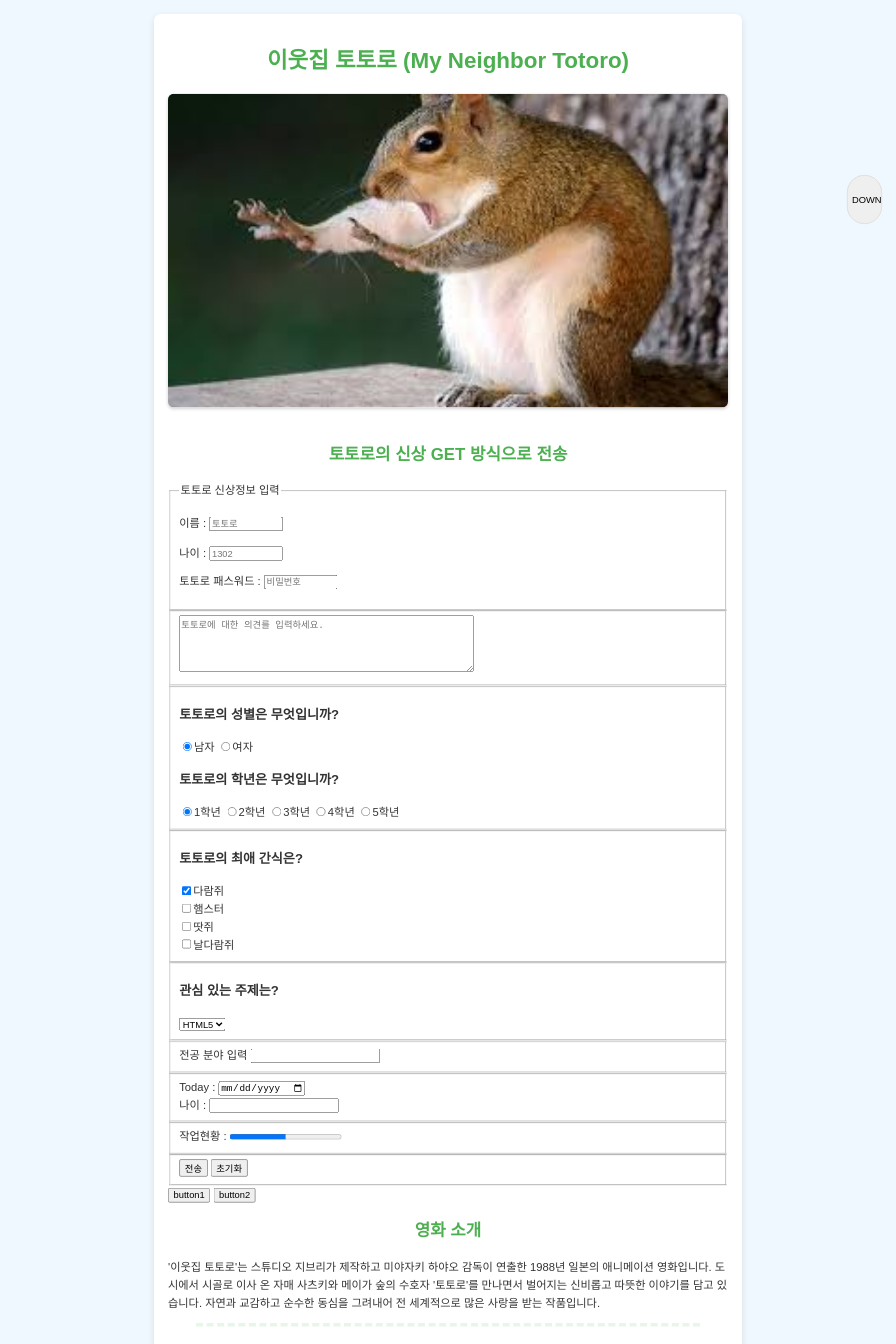
Repository: hsaar/jsworkplace
Page: http://localhost/testjsp/html/test02.jsp
An editor plug-in stored every save of this project. The page is shown before and after the next save, followed by the edit.
The browser window is 1280 px wide. The pictures show the part of the page from y = 0 to 1920 px (the page is 3043 px tall), at 70% of full size.
The page is served by Tomcat 9.

Above is the page before, as saved 2025-08-22 03:56:14.

### testjsp/src/main/webapp/html/test02.jsp
<%@ page language="java" contentType="text/html; charset=UTF-8"
    pageEncoding="UTF-8"%>
<!DOCTYPE html>
<html lang="ko">
<head>
    <meta charset="UTF-8">
    <meta name="viewport" content="width=device-width, initial-scale=1.0">
    <title>이웃집 토토로</title>
    <style>
        body {
            font-family: 'Malgun Gothic', 'Apple Gothic', sans-serif;
            line-height: 1.6;
            margin: 0;
            padding: 20px;
            background-color: #f0f8ff; /* 연한 하늘색 배경 */
            color: #333;
        }
        .container {
            max-width: 800px;
            margin: auto;
            background-color: #fff;
            padding: 20px;
            border-radius: 10px;
            box-shadow: 0 4px 10px rgba(0,0,0,0.1);
        }
        h1, h2 {
            color: #4CAF50; /* 토토로 색상 */
            text-align: center;
        }
        .main-image {
            width: 100%;
            height: auto;
            border-radius: 8px;
            margin-bottom: 20px;
            box-shadow: 0 2px 5px rgba(0,0,0,0.2);
        }
        .info-section {
            display: flex;
            gap: 20px;
            flex-wrap: wrap;
            justify-content: center;
            margin-top: 20px;
        }
        .info-card {
            background-color: #e8f5e9;
            padding: 15px;
            border-radius: 8px;
            width: 300px;
        }
        .character-image {
            display: block;
            margin: 10px auto;
            width: 150px;
            border-radius: 50%;
            border: 3px solid #66bb6a;
        }
        ul {
            list-style-type: none;
            padding: 0;
        }
        li {
            padding: 5px 0;
        }
        hr{
        	width: 90%;
        	border: 0;
        	border-top:5px dashed #e8f5e9;
        }
        #up{
        	position: absolute;
      	 	width: 50px;
        	height: 70px;
        	right: 20px;
        	border-radius: 70px;
        	top: 250px;
        	border: 1px solid #dddddd;
        }
        #down{
        	position: absolute;
      	 	width: 50px;
        	height: 70px;
        	right: 20px;
        	border-radius: 70px;
        	top: 320px;
        	border: 1px solid #dddddd;
        }
    </style>
    <script src="https://code.jquery.com/jquery-latest.min.js"></script>
    <script type="text/javascript">
    	$(document).ready(function() {
    		var tmp = parseInt($("#up,#down").css('top'));

    		$(window).scroll(function() {
				var scrollTop = $(window).scrollTop();
				var obj_position = scrollTop + tmp + "px";

				$("#up,#down").stop().animate({"top":obj_position},500);
			});

    		$("#up,#down").click(function() {
    			const offset = $("#up,#down").offset();
    			$("html").animate({scrollTop: 0}, 500 );
			});

		});
    </script>
</head>
<body>

    <div class="container">
        <h1>이웃집 토토로 (My Neighbor Totoro)</h1>

        <img src="../image/ramjii.jpg" alt="이웃집 토토로 포스터" class="main-image">
        <h2>토토로의 신상 GET 방식으로 전송</h2>
		<form name = "test" action="test03.jsp" method="post">
			<fieldset>
			<legend>토토로 신상정보 입력</legend>
			<p>
				이름 : <input type = "text" name="name" placeholder = "토토로" size = "10" required>
			</p>
			<p>
				나이 : <input type = "text" name="major" placeholder = "1302" size = "10" required>
			</p>
			<p>
				토토로 패스워드 : <input type = "password" name="password" placeholder = "비밀번호" size = "10" required>
			</p>

			</fieldset>
			<fieldset>
				<textarea rows="5" cols="50" name = "textarea" placeholder = "토토로에 대한 의견를 입력하세요."></textarea><br>
			</fieldset>
			<fieldset>
			<h3>토토로의 성별은 무엇입니까?</h3>
			<input type = "radio" name = "sex" value = "male" checked>남자
			<input type = "radio" name = "sex" value = "female">여자
			<h3>토토로의 학년은 무엇입니까?</h3>
			<input type = "radio" name = "grade" value = "1" checked>1학년
			<input type = "radio" name = "grade" value = "2" >2학년
			<input type = "radio" name = "grade" value = "3" >3학년
			<input type = "radio" name = "grade" value = "4" >4학년
			<input type = "radio" name = "grade" value = "5" >5학년
			</fieldset>
			<fieldset>
			<h3>토토로의 최애 간식은?</h3>
			<input type = "checkbox" name="subject" value = "다람쥐" checked>다람쥐<br>
			<input type = "checkbox" name="subject" value = "햄스터" >햄스터<br>
			<input type = "checkbox" name="subject" value = "땃쥐" >땃쥐<br>
			<input type = "checkbox" name="subject" value = "날다람쥐" >날다람쥐
			</fieldset>
			<fieldset>
			<h3>관심 있는 주제는?</h3>
			<select name="subjects">
				<option value="1" selected>HTML5</option>
				<option value="2" >CSS3</option>
				<option value="3" >Java</option>
				<option value="4" >Jquery</option>
			</select>
			</fieldset>
			<fieldset>
			<label>전공 분야 입력
				<input type = "text" list = "majorlist" name="majorlist">
				<datalist id="majorlist">
					<option value = "software" size = "15">소프트웨어</option>
					<option value = "Robot">로봇</option>
					<option value = "System">시스템</option>
					<option value = "Service">서비스</option>
				</datalist>
			</label>
			</fieldset>
			<fieldset>
				Today : <input type = "date" name="today" min = "2020-01-01"><br>
				나이 : <input type = "number" name = "number">

			</fieldset>
			<fieldset>
			작업현황 : <progress value = "5" max="10" title="진행률">20%</progress>
			</fieldset>
			<fieldset>
			<input type = "submit" value = "전송">
			<input type = "reset" value = "초기화">
			</fieldset>
		</form>

		<input type = "button" id="target1" value="button1">
		<input type = "button" id="target2" value="button2">
		<script type="text/javascript">
			var t1 = document.getElementById('target1');
			var t2 = document.getElementById('target2');
			function bt(){
				switch(event.target.id){
				case 'target1':
					alert('button1');
					break;
				case 'target2':
					alert('button2');
					break;
				}
			}
			t1.addEventListener('click', bt);
			t2.addEventListener('click', bt);
		</script>

        <h2>영화 소개</h2>
        <p>
            '이웃집 토토로'는 스튜디오 지브리가 제작하고 미야자키 하야오 감독이 연출한 1988년 일본의 애니메이션 영화입니다. 도시에서 시골로 이사 온 자매 사츠키와 메이가 숲의 수호자 '토토로'를 만나면서 벌어지는 신비롭고 따뜻한 이야기를 담고 있습니다.
            자연과 교감하고 순수한 동심을 그려내어 전 세계적으로 많은 사랑을 받는 작품입니다.
        </p>

        <hr>

        <h2>등장인물</h2>
        <div class="info-section">
            <div class="info-card">
                <h3>토토로 (Totoro)</h3>
                <img src="../image/totoro.jpg" alt="토토로 이미지" class="character-image">
                <p>
                    숲에 사는 거대한 생물로, 몸이 크고 푹신푹신한 회색 털을 가졌습니다. 아이들에게만 보이는 신비로운 존재로, 소리를 내어 울거나 회오리 바람을 일으키는 등 여러 능력을 보여줍니다.
                </p>
            </div>

            <div class="info-card">
                <h3>사츠키와 메이</h3>
                <img src="../image/saki.jpg" alt="사츠키와 메이 이미지" class="character-image">
                <p>
                    <strong>사츠키:</strong> 11세 소녀로, 동생 메이를 잘 챙기는 의젓한 언니입니다.<br>
                    <strong>메이:</strong> 4세의 어린 동생으로, 호기심이 많고 순수한 아이입니다. 토토로를 가장 먼저 만납니다.
                </p>
            </div>

            <div class="info-card">
                <h3>고양이 버스 (Catbus)</h3>
                <img src="../image/bus.jpg" alt="고양이 버스 이미지" class="character-image">
                <p>
                    토토로의 친구이자 신비로운 이동수단입니다. 커다란 고양이 몸에 12개의 다리와 버스 형태의 속이 비어있는 독특한 외형을 가졌습니다.
                </p>
            </div>
        </div>

        <hr>

        <h2>명대사</h2>
        <ul>
            <li>"도토리... 도토리다!" - 메이</li>
            <li>"토토로! 토토로!" - 메이</li>
            <li>"울지마, 메이. 길은 반드시 열려있어." - 사츠키</li>
        </ul>

        <p style="text-align: center; margin-top: 30px; color: #888;">&copy; 스튜디오 지브리. 모든 권리 보유.</p>

    </div>
    <button id = "up">UP</button>
    <button id = "down">DOWN</button>

</body>
</html>

After the next save:
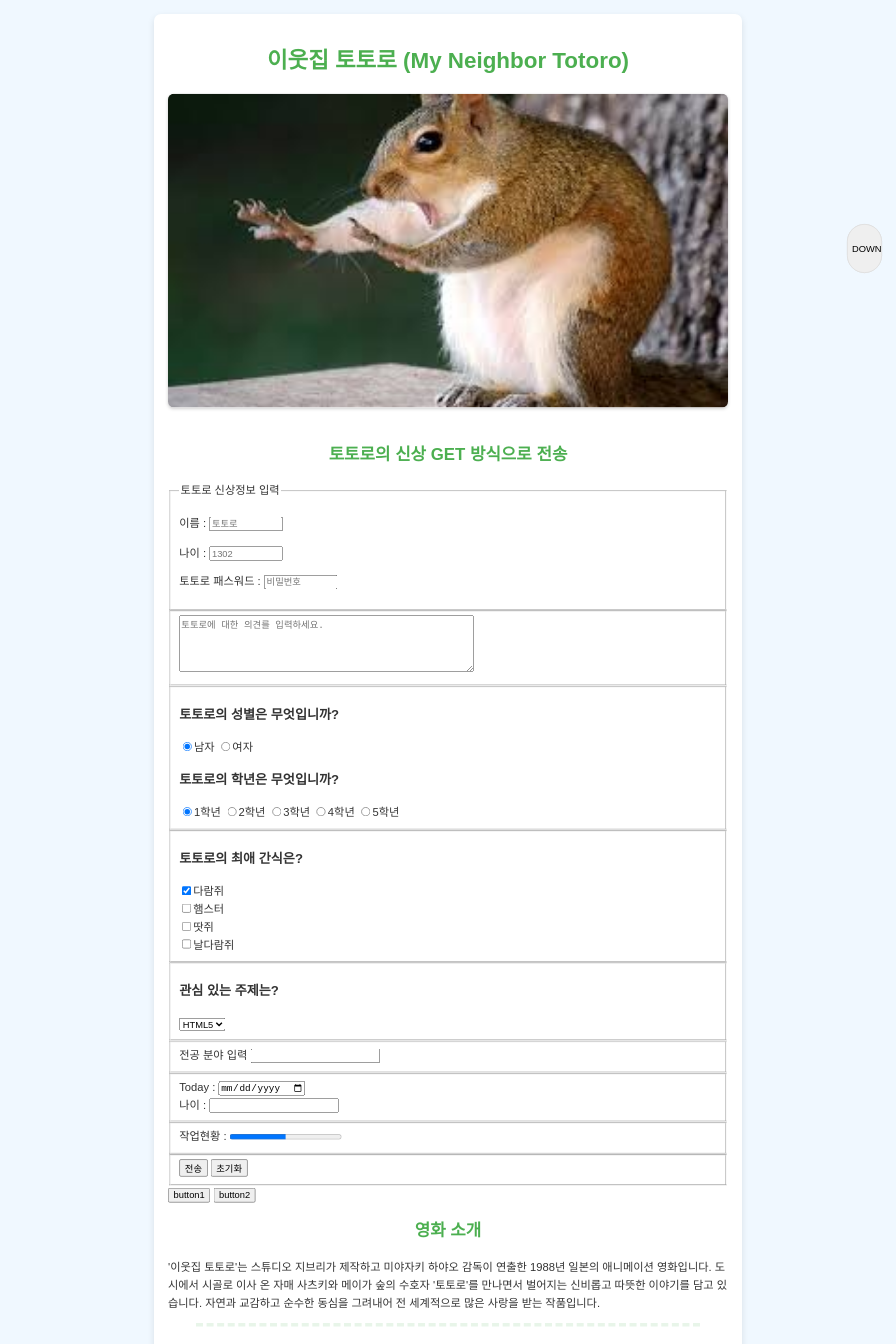
Saved 100 s later.
--- a/testjsp/src/main/webapp/html/test02.jsp
+++ b/testjsp/src/main/webapp/html/test02.jsp
@@ -88,7 +88,8 @@
     <script src="https://code.jquery.com/jquery-latest.min.js"></script>
     <script type="text/javascript">
     	$(document).ready(function() {
-    		var tmp = parseInt($("#up,#down").css('top'));
+    		var tmp = parseInt($("#up").css('top'));
+    		var tmp = parseInt($("#down").css('top'));
 
     		$(window).scroll(function() {
 				var scrollTop = $(window).scrollTop();
